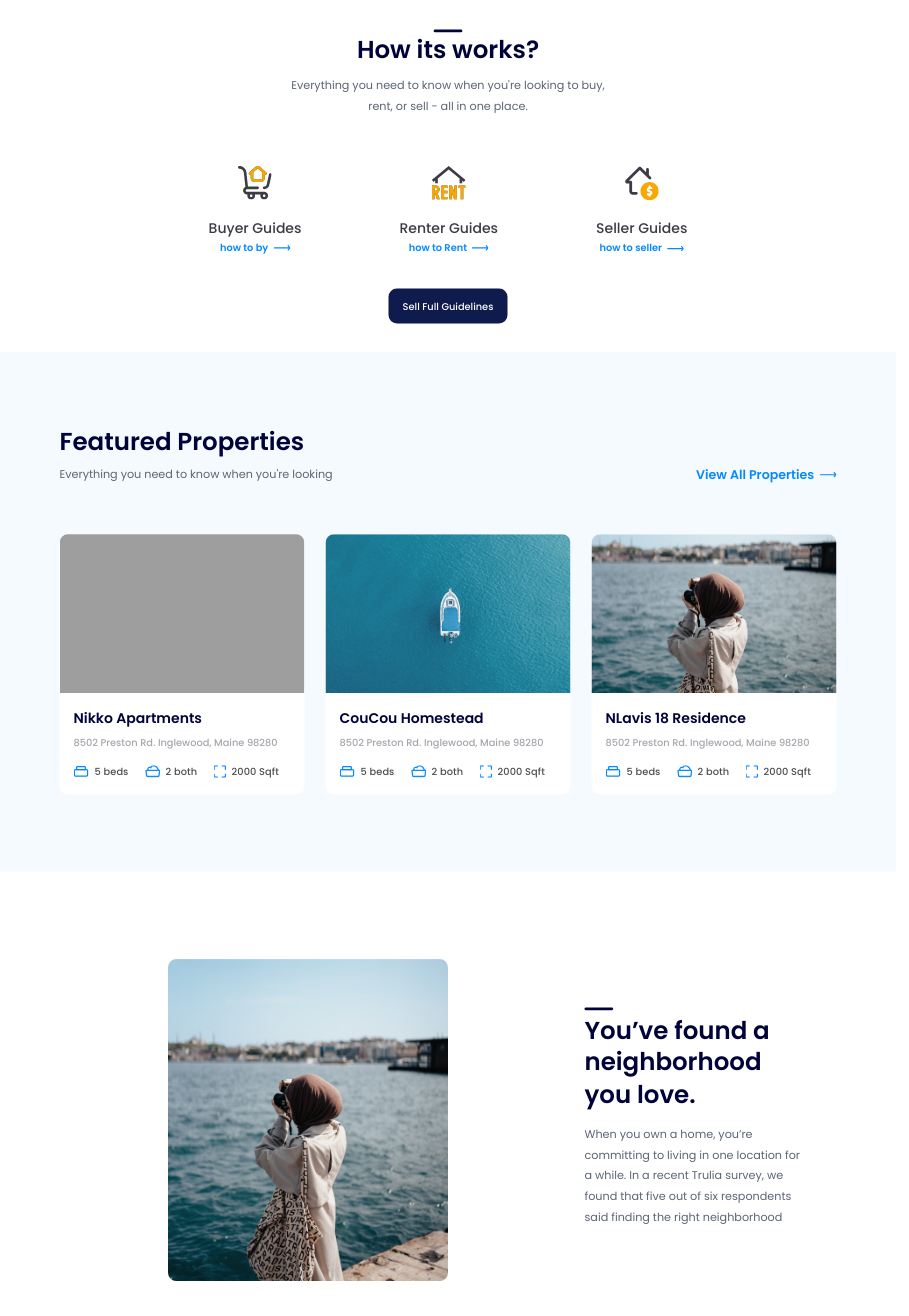
Repository: Kazuto-2004/f8-htmlcss-01
Page: index.html
An editor plug-in stored every save of this project. The page is shown before and after the next save, followed by the edit.
The browser window is 1280 px wide. The page is 1295 px wide, then 1298 px, so the pictures cover 1298 px, including what lies to the right of the window. The pictures show the part of the page from y = 1193 to 3073 px (the page is 3073 px tall), at 70% of full size.
Pictures or frames that could not be fetched are drawn as grey boxes.

Above is the page before, as saved 2023-07-15 09:29:30.

After the next save:
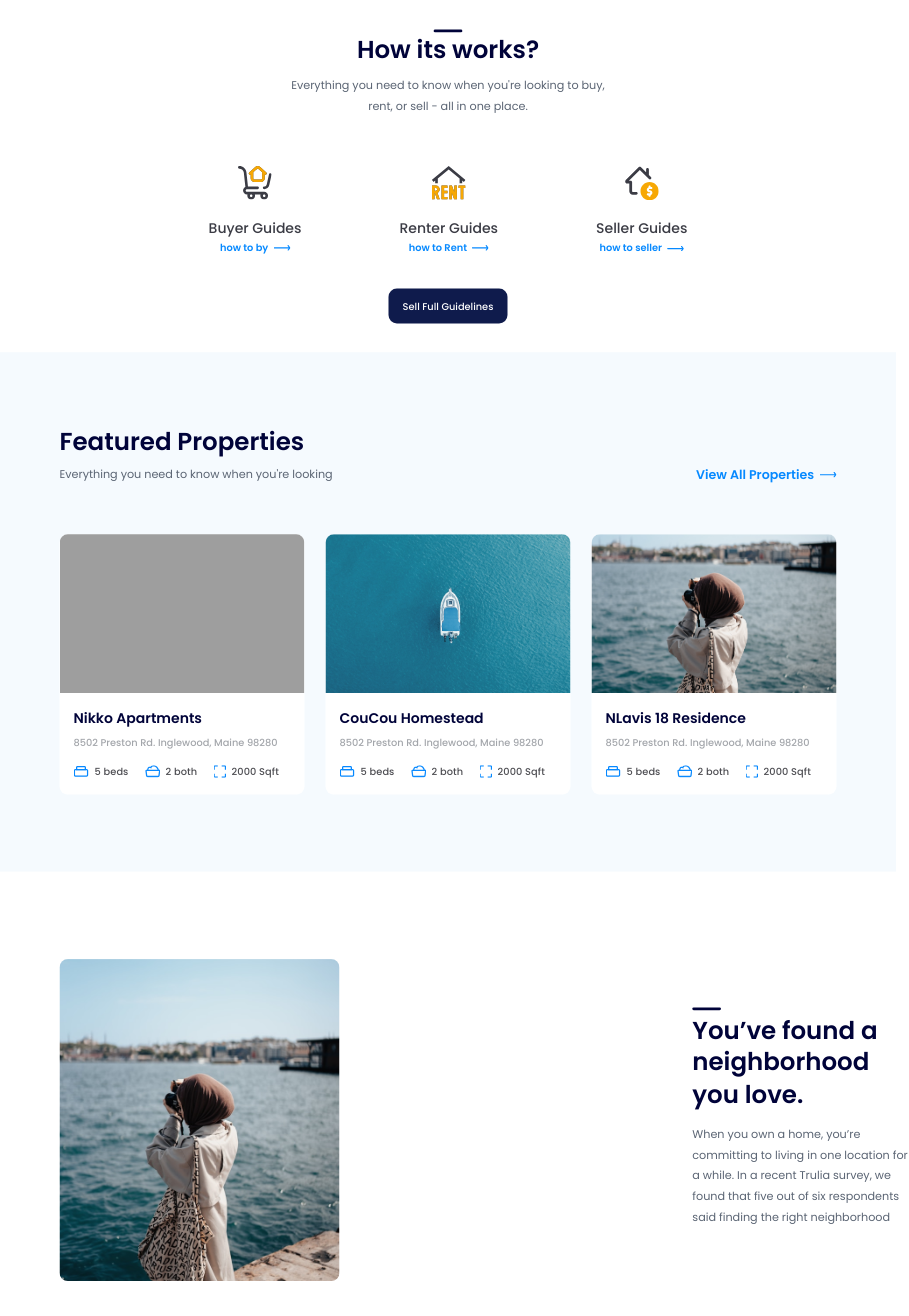
Saved 2 min 10 s later.
--- a/index.html
+++ b/index.html
@@ -304,7 +304,14 @@
                         </div>
 
                         <!-- trend -->
-                        <div class="stats-trend"></div>
+                        <div class="stats-trend">
+                            <div class="row">
+                                <strong class="value"></strong>
+                                <img src="" alt="" class="icon">
+                            </div>
+                            <p class="desc"></p>
+                            <div class="separate"></div>
+                        </div>
                         <div class="info">
                             <h2 class="sub-title">You’ve found a neighborhood you love.</h2>
                             <p
